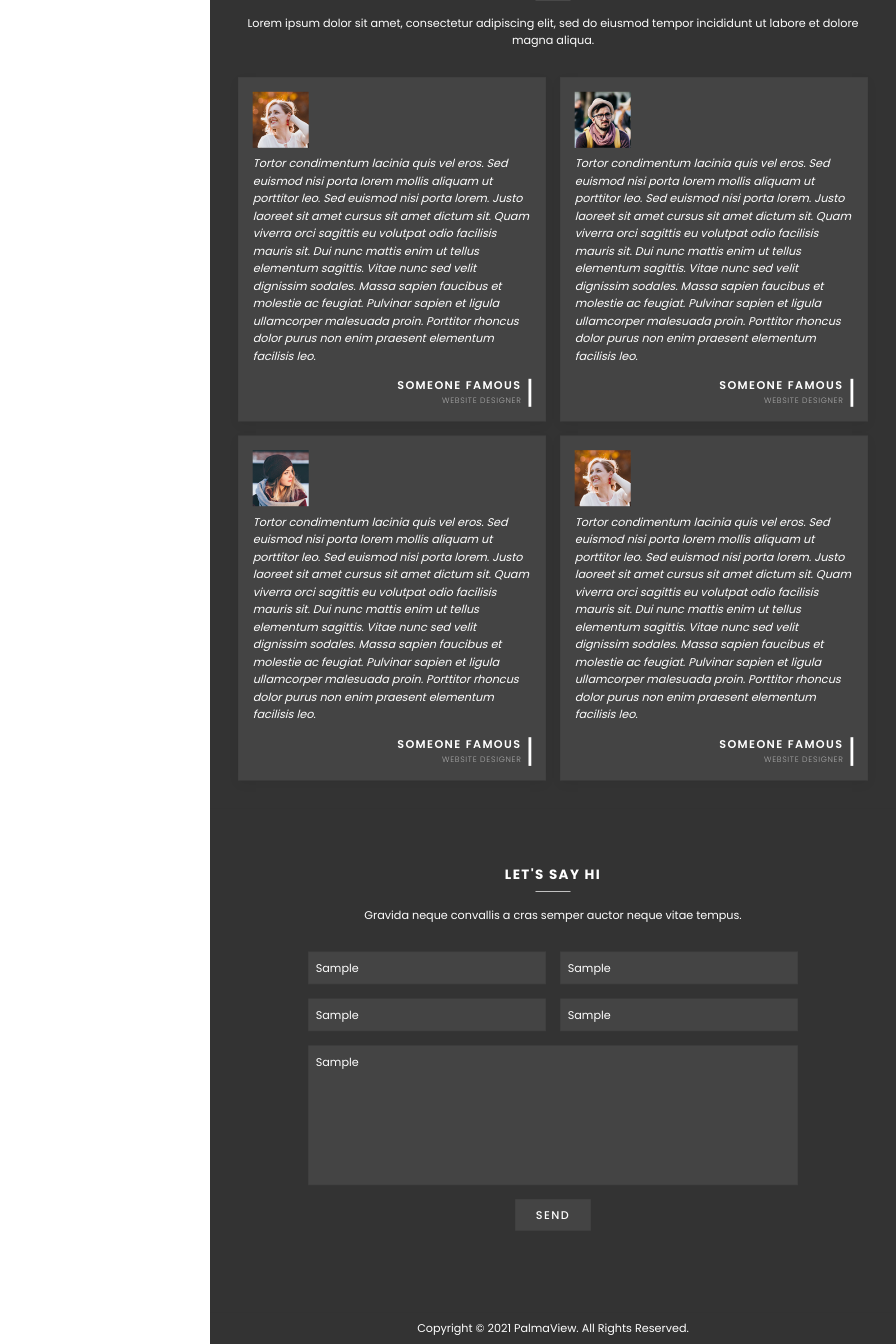
Repository: RussPalms/portforlio-1
Page: index.html
These files come from the project's save history. The page is drawn as it stood at one moment and after the next save; the edit follows.
The browser window is 1280 px wide. The pictures show the part of the page from y = 3773 to 5693 px (the page is 5693 px tall), at 70% of full size.
Empty fields were first filled with sample values (such as "Sample", 5 or name@example.com).
After loading, the first visible `div.themeSwitch` was clicked once.

Above is the page before, as saved 2021-11-28 16:05:47.

After the next save:
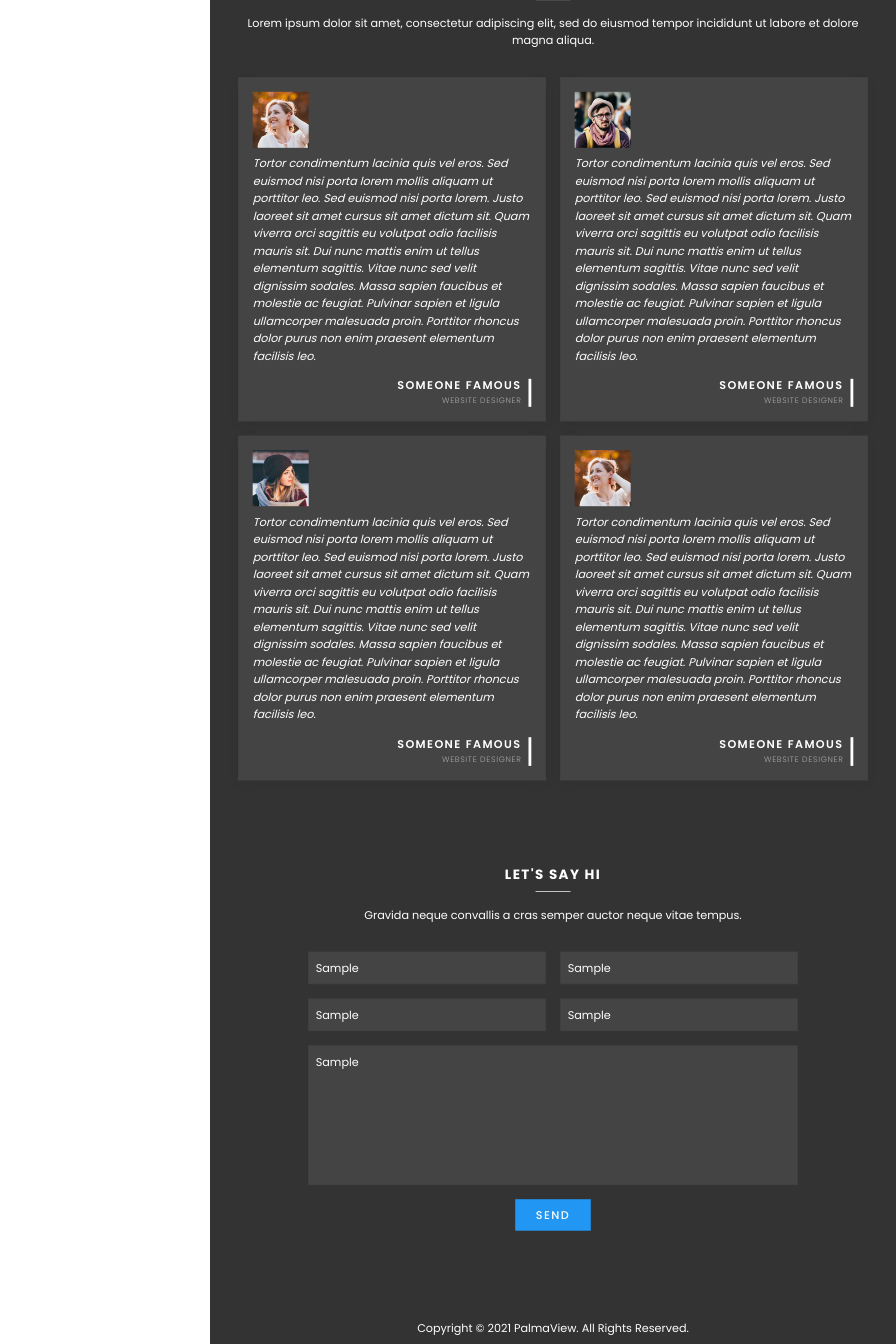
Saved 74 s later.
--- a/style.css
+++ b/style.css
@@ -542,6 +542,10 @@ p {
 	border: none;
 }
 
+.dark .contact .contactForm .row2 input[type="submit"] {
+	background: #2196f3;
+}
+
 .copyright {
 	position: relative;
 	bottom: 0;
